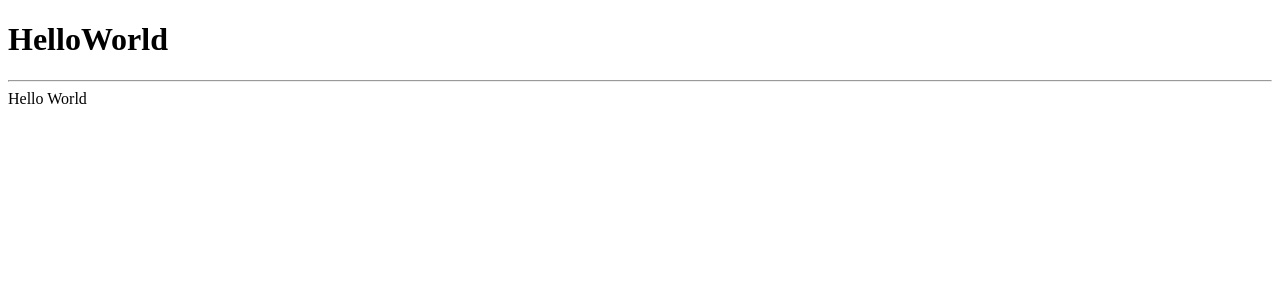
Repository: 13982720426/vue2.0-LearningNotes
Page: example/ohters.html
These files come from the project's save history. The page is drawn as it stood at one moment and after the next save; the edit follows.
The browser window is 1280 px wide. The pictures show the whole page.

Above is the page before, as saved 2021-06-24 14:14:38.

After the next save:
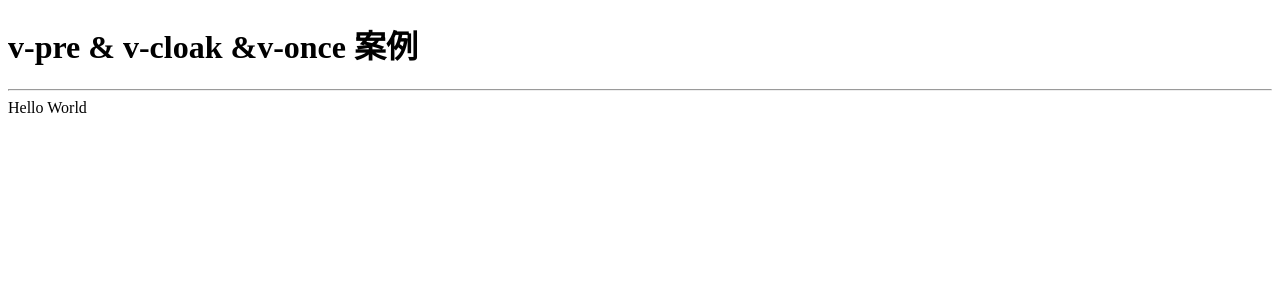
Saved 23 s later.
--- a/example/ohters.html
+++ b/example/ohters.html
@@ -4,11 +4,11 @@
     <meta charset="UTF-8" />
     <meta http-equiv="X-UA-Compatible" content="IE=edge" />
     <meta name="viewport" content="width=device-width, initial-scale=1.0" />
-    <title>HelloWord</title>
+    <title>v-pre & v-cloak &v-once 案例</title>
     <script type="text/javascript" src="../assets/js/vue.js"></script>
   </head>
   <body>
-    <h1>HelloWorld</h1>
+    <h1>v-pre & v-cloak &v-once 案例</h1>
     <hr />
     <div id="app">{{message}}</div>
     <script type="text/javascript">
